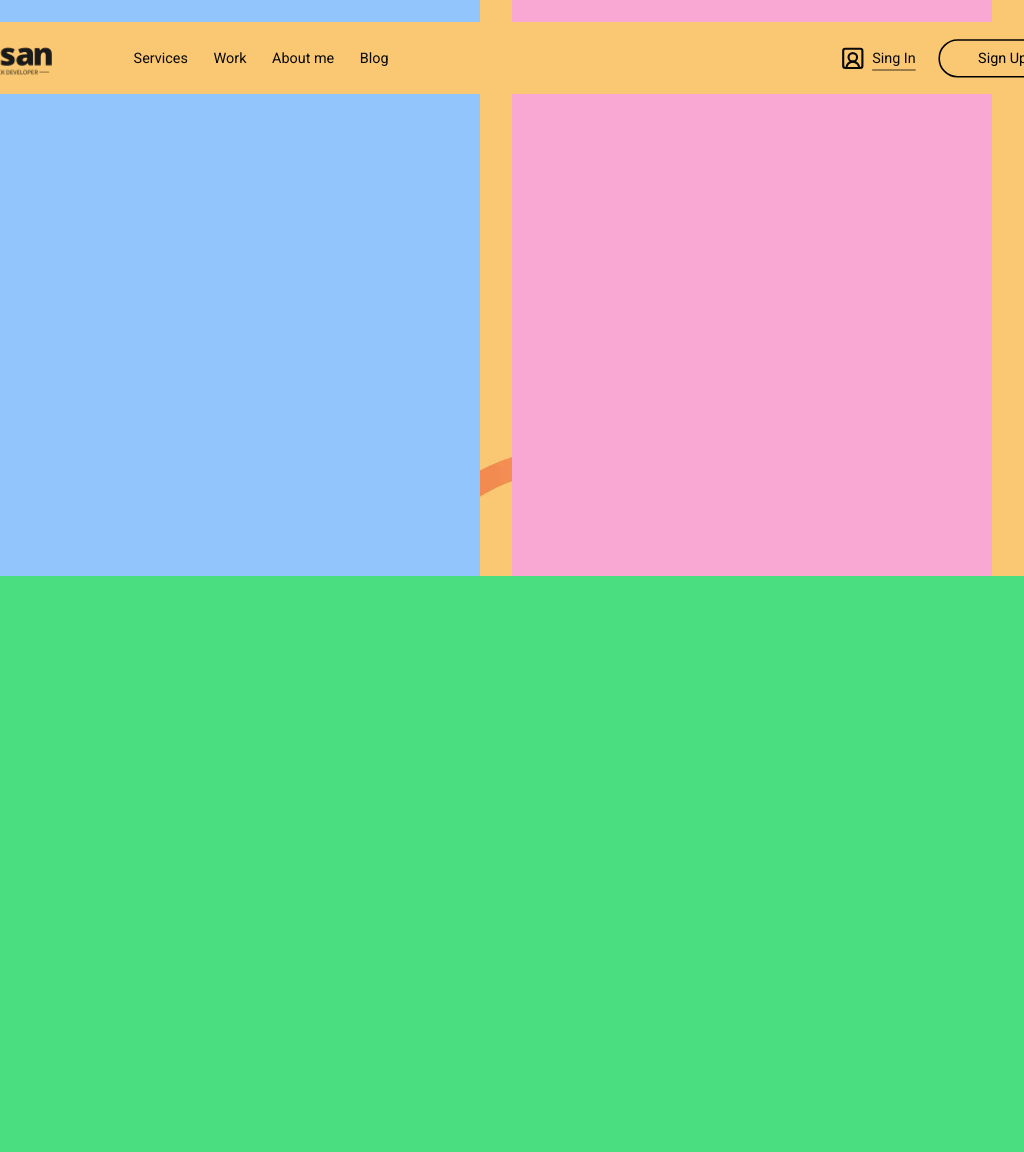
Repository: FrontendProjectsNL/mijn-portfolio-project
Page: /
The author's editor kept a copy of each file at every save. The page is drawn from the files as they stood at one save, then again after the next save.
The browser window is 1280 px wide. The pictures show the whole page, at 80% of full size.
The project was rebuilt for these pictures with package versions that can differ from the ones it lists, and the page was loaded fresh each time. The framework's server and built-in components were replaced by stand-ins that run in the browser. Also part of the build but not shown: next.config.mjs.

Above is the page before, as saved 2024-10-27 12:59:28.

### app/layout.tsx
import type { Metadata } from 'next';
import localFont from 'next/font/local';

import { Roboto, Fira_Code, HelveticaNowDisplay } from 'next/font/google';

import './globals.css';
import Header from './components/Header';
import Container from './components/Container';

// const geistSans = localFont({
//   src: './fonts/GeistVF.woff',
//   variable: '--font-geist-sans',
//   weight: '100 900',
// });
// const geistMono = localFont({
//   src: './fonts/GeistMonoVF.woff',
//   variable: '--font-geist-mono',
//   weight: '100 900',
// });

const roboto = Roboto({
  subsets: ['latin'],
  weight: ['300', '400', '500', '700'],
  variable: '--font-roboto',
});

const firaCode = Fira_Code({
  subsets: ['latin'],
  weight: ['300', '400', '500', '700'],
  variable: '--font-fira-code',
});

export const metadata: Metadata = {
  title: 'Create Next App',
  description: 'Generated by create next app',
};

export default function RootLayout({
  children,
}: Readonly<{
  children: React.ReactNode;
}>) {
  return (
    <html lang="en">
      <body className={`${roboto.variable} ${firaCode.variable}  antialiased `}>
        <Container>
          <Header />
          {children}
        </Container>
      </body>
    </html>
  );
}

### app/page.tsx
import Image from 'next/image';
import Hero from './components/Hero';

export default function Home() {
  return (
    <div>
      <Hero />
      <section className="w-full h-screen bg-green-400"></section>
    </div>
  );
}

### app/globals.css
@tailwind base;
@tailwind components;
@tailwind utilities;

body {
  font-family: Arial, Helvetica, sans-serif;
}

@layer utilities {
  .text-balance {
    text-wrap: balance;
  }
}

@layer base {
  :root {
    --background: 0 0% 100%;
    --foreground: 0 0% 3.9%;
    --card: 0 0% 100%;
    --card-foreground: 0 0% 3.9%;
    --popover: 0 0% 100%;
    --popover-foreground: 0 0% 3.9%;
    --primary: 0 0% 9%;
    --primary-foreground: 0 0% 98%;
    --secondary: 0 0% 96.1%;
    --secondary-foreground: 0 0% 9%;
    --muted: 0 0% 96.1%;
    --muted-foreground: 0 0% 45.1%;
    --accent: 0 0% 96.1%;
    --accent-foreground: 0 0% 9%;
    --destructive: 0 84.2% 60.2%;
    --destructive-foreground: 0 0% 98%;
    --border: 0 0% 89.8%;
    --input: 0 0% 89.8%;
    --ring: 0 0% 3.9%;
    --chart-1: 12 76% 61%;
    --chart-2: 173 58% 39%;
    --chart-3: 197 37% 24%;
    --chart-4: 43 74% 66%;
    --chart-5: 27 87% 67%;
    --radius: 0.5rem;
  }
  .dark {
    --background: 0 0% 3.9%;
    --foreground: 0 0% 98%;
    --card: 0 0% 3.9%;
    --card-foreground: 0 0% 98%;
    --popover: 0 0% 3.9%;
    --popover-foreground: 0 0% 98%;
    --primary: 0 0% 98%;
    --primary-foreground: 0 0% 9%;
    --secondary: 0 0% 14.9%;
    --secondary-foreground: 0 0% 98%;
    --muted: 0 0% 14.9%;
    --muted-foreground: 0 0% 63.9%;
    --accent: 0 0% 14.9%;
    --accent-foreground: 0 0% 98%;
    --destructive: 0 62.8% 30.6%;
    --destructive-foreground: 0 0% 98%;
    --border: 0 0% 14.9%;
    --input: 0 0% 14.9%;
    --ring: 0 0% 83.1%;
    --chart-1: 220 70% 50%;
    --chart-2: 160 60% 45%;
    --chart-3: 30 80% 55%;
    --chart-4: 280 65% 60%;
    --chart-5: 340 75% 55%;
  }
}

@layer base {
  * {
    @apply border-border;
  }
  body {
    @apply bg-background text-foreground;
  }
}

@keyframes fill-up {
  0% {
    background-position: 0 100%;
  }
  100% {
    background-position: 0 0;
  }
}

### app/components/Header.tsx
'use client';

import Image from 'next/image';
import Link from 'next/link';
import { useEffect, useState } from 'react';
import logo from '/public/EhsanLogo-transparent.png';
import { CircleUser, SquareUserRound, User } from 'lucide-react';

const Header = () => {
  const [isShrunk, setIsShrunk] = useState<boolean>(false);

  useEffect(() => {
    const handleScroll = () => {
      if (window.scrollY > 70) {
        setIsShrunk(true);
      } else {
        setIsShrunk(false);
      }
    };

    window.addEventListener('scroll', handleScroll);

    return () => {
      window.removeEventListener('scroll', handleScroll);
    };
  }, []);

  return (
    <nav
      className={`px-14 fixed transition-all duration-300 ease-linear bg-[#FAC872] flex justify-between items-center ${
        isShrunk
          ? 'h-[75px] w-[70%] rounded-3xl mx-auto top-5'
          : 'h-[90px] w-[1500px] opacity-100 top-7'
      }`}
      style={{
        left: '50%',
        transform: 'translateX(-50%)', // Center horizontally
      }}
    >
      <div className="flex items-center ">
        <Link href={'/'} className="font-medium text-lg mr-20">
          <Image src={logo} width={125} height={50} />
        </Link>
        <ul className="flex">
          <li>
            <Link href="" className="px-4 py-2 cursor text-lg  font-roboto">
              Services
            </Link>
          </li>
          <li>
            <Link href="" className="px-4 py-2 cursor text-lg  font-roboto">
              Work
            </Link>
          </li>
          <li>
            <Link href="" className="px-4 py-2 cursor text-lg font-roboto">
              About me
            </Link>
          </li>
          <li>
            <Link href="" className="px-4 py-2 cursor text-lg font-roboto">
              Blog
            </Link>
          </li>
        </ul>
      </div>
      <div className="flex items-center gap-3">
        <Link
          href={'/'}
          className="flex items-center gap-2 text-lg  font-roboto mr-4 underline underline-offset-8"
        >
          <SquareUserRound className="w-8 h-8 transition-transform duration-300 ease-in-out hover:scale-125 font-normal" />
          {/* <CircleUser className="w-8 h-8 transition-transform duration-300 ease-in-out hover:scale-125" /> */}

          {/* <User className="w-8 h-8 transition-transform duration-300 ease-in-out hover:scale-125" /> */}
          <span className="relative transform duration-700 group-hover:-translate-x-3">
            Sing In
          </span>
        </Link>

        <button className="font-roboto group relative inline-flex items-center overflow-hidden rounded-full border-2 border-black px-12 py-2 text-lg text-black hover:bg-gray-50 hover:text-white">
          <span className="duration-400 ease absolute left-0 top-1/2 block h-0 w-full bg-[#f27d4b] opacity-100 transition-all group-hover:top-0 group-hover:h-full"></span>
          <span className="ease absolute right-0 flex h-10 w-10 translate-x-full transform items-center justify-start duration-500 group-hover:-translate-x-2">
            <svg
              className="h-5 w-5"
              fill="none"
              stroke="currentColor"
              viewBox="0 0 24 24"
              xmlns="http://www.w3.org/2000/svg"
            >
              <path
                stroke-linecap="round"
                stroke-linejoin="round"
                stroke-width="2"
                d="M14 5l7 7m0 0l-7 7m7-7H3"
              ></path>
            </svg>
          </span>
          <span className="relative transform duration-700 group-hover:-translate-x-3">
            Sign Up
          </span>
        </button>
      </div>
    </nav>
  );
};

export default Header;

### app/components/Container.tsx
interface ContainerProps {
  children: React.ReactNode;
}

const Container: React.FC<ContainerProps> = ({ children }) => {
  return <div className="relative max-w-[1500px] mx-auto">{children}</div>;
};

export default Container;

### app/components/Hero.tsx
interface HeroProps {}

const Hero: React.FC<HeroProps> = () => {
  return (
    <div className="w-full h-screen bg-[url('/my_hero_bg.webp')] bg-cover bg-center">
      <div className="flex justify-around items-center gap-10">
        <div className="w-[50%] h-screen bg-blue-300"></div>
        <div className="w-[50%] h-screen bg-pink-300"></div>
        <div></div>
      </div>
    </div>
  );
};

export default Hero;

### tailwind.config.ts
import { Roboto } from 'next/font/google';
import type { Config } from 'tailwindcss';

const config: Config = {
  darkMode: ['class'],
  content: [
    './pages/**/*.{js,ts,jsx,tsx,mdx}',
    './components/**/*.{js,ts,jsx,tsx,mdx}',
    './app/**/*.{js,ts,jsx,tsx,mdx}',
  ],

  theme: {
    extend: {
      // You can define custom animations here
      // keyframes: {
      //   slideKeyframe: {
      //     '0%': { transform: 'translateX(0)' },
      //     '100%': { transform: 'translateX(100%)' },
      //   },
      // },
      // animation: {
      //   slideAnimation: 'slideKeyframe 0.5s ease-in-out',
      // },
      fontFamily: {
        roboto: ['var(--font-roboto)', 'sans-serif'],
        firaCode: ['var(--font-fira-code)', 'monospace'],
      },
      colors: {
        background: 'hsl(var(--background))',
        foreground: 'hsl(var(--foreground))',
        card: {
          DEFAULT: 'hsl(var(--card))',
          foreground: 'hsl(var(--card-foreground))',
        },
        popover: {
          DEFAULT: 'hsl(var(--popover))',
          foreground: 'hsl(var(--popover-foreground))',
        },
        primary: {
          DEFAULT: 'hsl(var(--primary))',
          foreground: 'hsl(var(--primary-foreground))',
        },
        secondary: {
          DEFAULT: 'hsl(var(--secondary))',
          foreground: 'hsl(var(--secondary-foreground))',
        },
        muted: {
          DEFAULT: 'hsl(var(--muted))',
          foreground: 'hsl(var(--muted-foreground))',
        },
        accent: {
          DEFAULT: 'hsl(var(--accent))',
          foreground: 'hsl(var(--accent-foreground))',
        },
        destructive: {
          DEFAULT: 'hsl(var(--destructive))',
          foreground: 'hsl(var(--destructive-foreground))',
        },
        border: 'hsl(var(--border))',
        input: 'hsl(var(--input))',
        ring: 'hsl(var(--ring))',
        chart: {
          '1': 'hsl(var(--chart-1))',
          '2': 'hsl(var(--chart-2))',
          '3': 'hsl(var(--chart-3))',
          '4': 'hsl(var(--chart-4))',
          '5': 'hsl(var(--chart-5))',
        },
      },
      borderRadius: {
        lg: 'var(--radius)',
        md: 'calc(var(--radius) - 2px)',
        sm: 'calc(var(--radius) - 4px)',
      },
    },
  },
  plugins: [require('tailwindcss-animate')],
};
export default config;

After the next save:
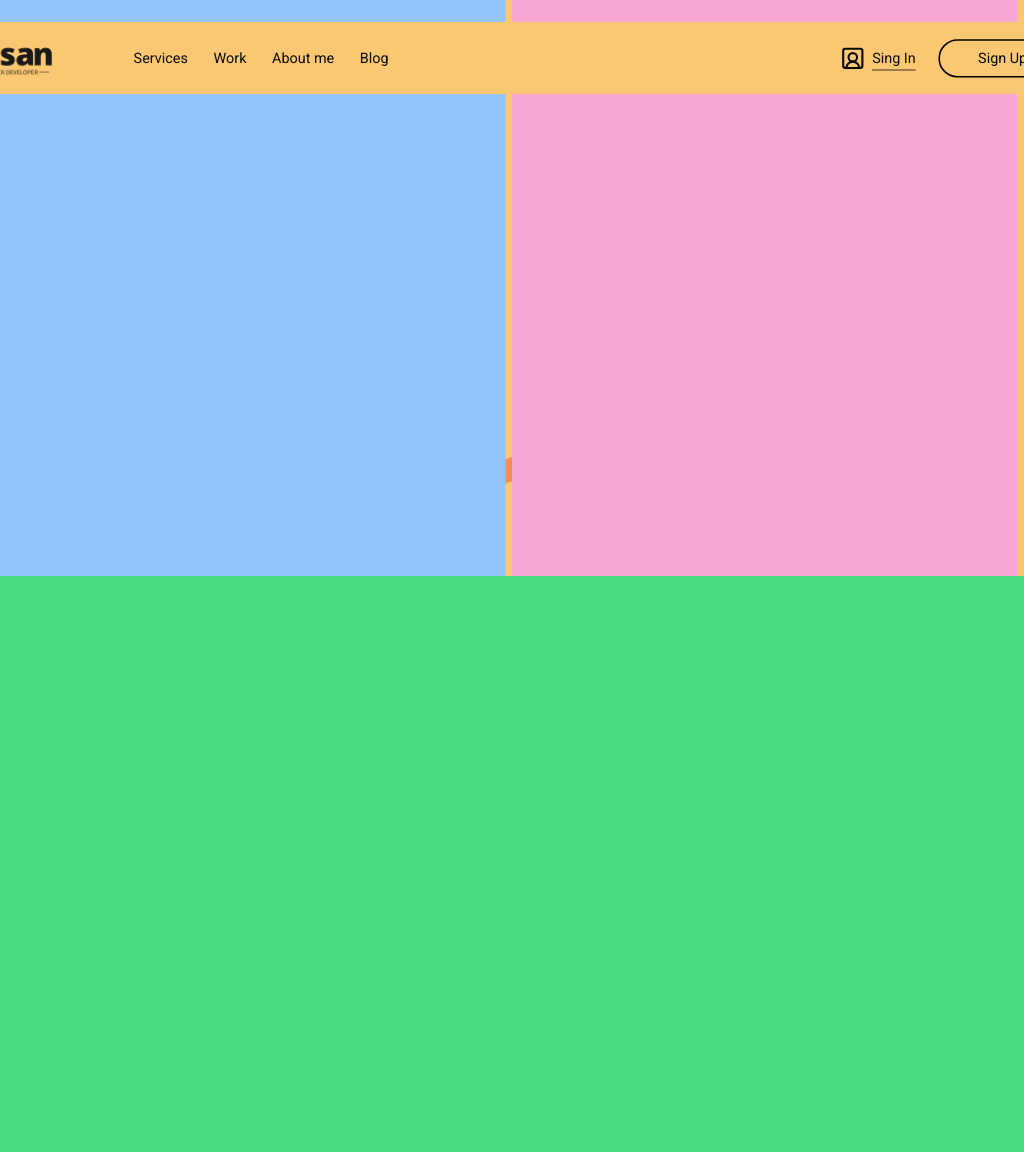
Saved 16 s later.
--- a/app/components/Hero.tsx
+++ b/app/components/Hero.tsx
@@ -3,7 +3,7 @@ interface HeroProps {}
 const Hero: React.FC<HeroProps> = () => {
   return (
     <div className="w-full h-screen bg-[url('/my_hero_bg.webp')] bg-cover bg-center">
-      <div className="flex justify-around items-center gap-10">
+      <div className="flex justify-around items-center gap-2">
         <div className="w-[50%] h-screen bg-blue-300"></div>
         <div className="w-[50%] h-screen bg-pink-300"></div>
         <div></div>
